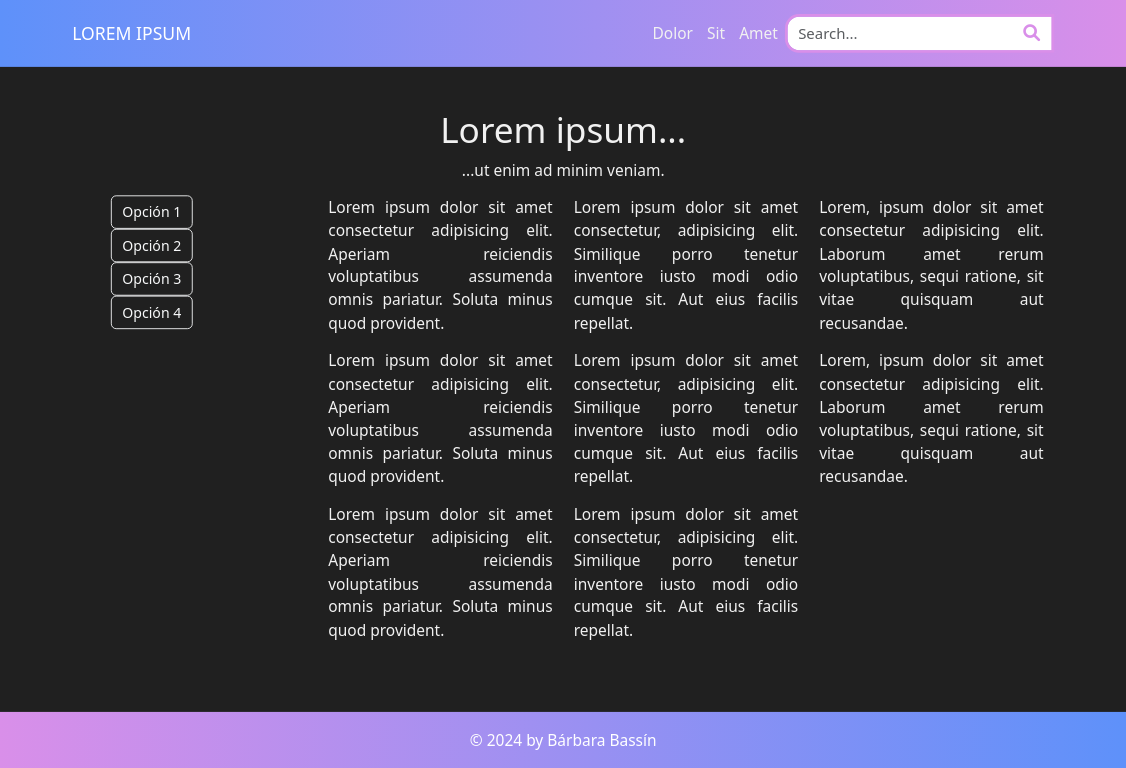
Repository: romancegirl/responsiveness
Page: index.html
The author's editor kept a copy of each file at every save. The page is drawn from the files as they stood at one save, then again after the next save.
The browser window is 1280 px wide. The pictures show the whole page, at 88% of full size.

Above is the page before, as saved 2024-11-19 20:56:09.

### index.html
<!DOCTYPE html>
<html lang="en">

<head>
    <meta charset="UTF-8">
    <meta name="viewport" content="width=device-width, initial-scale=1.0">
    <title>Responsiveness - Bárbara Bassín</title>
    <link href="https://cdn.jsdelivr.net/npm/bootstrap@5.3.0/dist/css/bootstrap.min.css" rel="stylesheet">
    <link rel="stylesheet" href="https://cdnjs.cloudflare.com/ajax/libs/font-awesome/6.0.0-beta3/css/all.min.css">
    <link rel="stylesheet" href="css/header-and-footer.css">
    <link rel="stylesheet" href="css/styles.css">
</head>

<body>
    <!-- Header -->
    <header class="py-2">
        <div class="container d-flex align-items-center" id="profile">
            <h5 class="m-0">LOREM IPSUM</h5>
            <nav class="navbar navbar-expand-lg flex-grow-1">
                <button class="navbar-toggler" type="button" data-bs-toggle="collapse" data-bs-target="#navbarNav"
                    aria-controls="navbarNav" aria-expanded="false" aria-label="Toggle navigation">
                    <i class="fas fa-bars"></i>
                </button>
                <div class="collapse navbar-collapse" id="navbarNav">
                    <ul class="navbar-nav">
                        <li class="nav-item"><a class="nav-link">Dolor</a></li>
                        <li class="nav-item"><a class="nav-link">Sit</a></li>
                        <li class="nav-item"><a class="nav-link">Amet</a></li>
                        <div class="search-container">
                            <form action="/action_page.php">
                                <div class="input-group">
                                    <input type="text" class="form-control" placeholder="Search..." name="search">
                                    <button type="submit" class="btn">
                                        <i class="fa fa-search"></i>
                                    </button>
                                </div>
                            </form>
                        </div>
                    </ul>

                </div>
            </nav>
        </div>
    </header>



    <!-- Main -->
    <main class="container my-5">
        <div>
            <h1>Lorem ipsum...</h1>
            <div id="textCarousel" class="carousel slide" data-bs-ride="carousel" data-bs-interval="2000">
                <div class="carousel-inner">
                    <div class="carousel-item active">
                        <p>...olor sit amet, consectetur adipiscing elit...</p>
                    </div>
                    <div class="carousel-item">
                        <p>...sed do eiusmod tempor incididunt ut labore...</p>
                    </div>
                    <div class="carousel-item">
                        <p>...ut enim ad minim veniam.</p>
                    </div>
                </div>
            </div>
        </div>



        <div class="container">
            <div class="row">
                <div class="col-3">
                    <ul>
                        <li><button type="button" class="btn btn-outline-light">Opción 1</button></li>
                        <li><button type="button" class="btn btn-outline-light">Opción 2</button></li>
                        <li><button type="button" class="btn btn-outline-light">Opción 3</button></li>
                        <li><button type="button" class="btn btn-outline-light">Opción 4</button></li>
                    </ul>
                </div>
                <div class="col-9">
                    <div class="row">
                        <div class="col-6 col-md-4 paragraph">Lorem ipsum dolor sit amet consectetur adipisicing elit.
                            Aperiam
                            reiciendis
                            voluptatibus assumenda omnis pariatur. Soluta minus quod provident.</div>
                        <div class="col-6 col-md-4 paragraph">Lorem ipsum dolor sit amet consectetur, adipisicing elit.
                            Similique porro
                            tenetur inventore iusto modi odio cumque sit. Aut eius facilis repellat.</div>
                        <div class="col-6 col-md-4 paragraph">Lorem, ipsum dolor sit amet consectetur adipisicing elit.
                            Laborum
                            amet rerum
                            voluptatibus, sequi ratione, sit vitae quisquam aut recusandae.</div>
                        <div class="col-6 col-md-4 paragraph">Lorem ipsum dolor sit amet consectetur adipisicing elit.
                            Aperiam
                            reiciendis
                            voluptatibus assumenda omnis pariatur. Soluta minus quod provident.</div>
                        <div class="col-6 col-md-4 paragraph">Lorem ipsum dolor sit amet consectetur, adipisicing elit.
                            Similique porro
                            tenetur inventore iusto modi odio cumque sit. Aut eius facilis repellat.</div>
                        <div class="col-6 col-md-4 paragraph">Lorem, ipsum dolor sit amet consectetur adipisicing elit.
                            Laborum
                            amet rerum
                            voluptatibus, sequi ratione, sit vitae quisquam aut recusandae.</div>
                        <div class="col-6 col-md-4 paragraph">Lorem ipsum dolor sit amet consectetur adipisicing elit.
                            Aperiam
                            reiciendis
                            voluptatibus assumenda omnis pariatur. Soluta minus quod provident.</div>
                        <div class="col-6 col-md-4 paragraph">Lorem ipsum dolor sit amet consectetur, adipisicing elit.
                            Similique porro
                            tenetur inventore iusto modi odio cumque sit. Aut eius facilis repellat.</div>
                    </div>
                </div>

            </div>


        </div>



    </main>

    <!-- Footer -->
    <footer class="bg-dark text-center py-2">
        <div>&copy; 2024 by Bárbara Bassín</div>
    </footer>
    <script src="js/script.js"></script>
    <script src="https://cdn.jsdelivr.net/npm/bootstrap@5.3.0/dist/js/bootstrap.bundle.min.js"></script>
</body>

</html>

### css/header-and-footer.css
header {
    background: linear-gradient(to right, #5E91FA, #d98fe9);
    color: #fff;
    position: relative;
}

main {
    min-height: 70vh;
    padding-bottom: 1rem;
    box-sizing: border-box;
}

a.nav-link {
    color: #f1f1f1;
}

a.nav-link:hover {
    color: #f6c7de;
    transition: color 0.3s, text-shadow 0.3s;
    transform: scale(1.05);
}

.search-container {
    display: flex;
    justify-content: center;
    align-items: center;
    position: relative;
}

.input-group .form-control {
    padding-right: 2.5rem;
    font-size: 17px;
    border: 0.2rem solid #d98fe9;
    border-radius: 1rem;
}

.input-group .btn {
    position: absolute;
    right: 1rem;
        top: 50%;
    transform: translateY(-50%);
    background-color: transparent;
    border: none;
    padding: 0;
    cursor: pointer;
}

.input-group .btn .fa-search {
    color: #d98fe9;
    font-size: 1.2rem;
}



/* navbar-toggle */

.navbar-toggler {
    border-color: #fff;
}

.navbar-toggler .fas {
    color: #fff;
    /* Cambia el color del ícono */
}

.navbar-collapse {
    justify-content: flex-end;
}

.navbar-toggler:hover {
    cursor: pointer;
}

.navbar-toggler:focus {
    outline: none;
    box-shadow: none;
}

@media (max-width: 995px) {

    .navbar-collapse {
        display: none;
        position: absolute;
        top: 134%;
        left: -55px;
        width: 100%;
        z-index: 999;
        flex-direction: column-reverse;
        align-items: center;
    }

    .navbar-collapse.show {
        display: flex;
    }

    .navbar-nav {
        background: linear-gradient(to right, #5e92fae0, #d98fe9dc);
        color: #fff;
        padding: 1.5rem;
        border-radius: 0 0 100px 100px;
        font-weight: bold;
        text-align: center;
    }

    .navbar-nav:hover {
        cursor: pointer;

    }

    a.nav-link:hover {
        color: #f6c7de;
        transition: color 0.3s, text-shadow 0.3s;
        transform: scale(1.05);
    }

    .navbar-nav .nav-item {
        margin: 10px 0;
    }

    .navbar a,
    .navbar input[type=text] {
        float: none;
        display: block;
        text-align: left;
        width: 100%;
        margin: 0;
        padding: 0.5rem;
    }

    .navbar .search-container {
        float: none;
    }

    .navbar a,
    .navbar input[type=text],
    .navbar .search-container button {
        float: none;
        display: block;
        text-align: left;
        width: 100%;
        margin: 0;
        padding: 0.2rem;
    }

    .navbar input[type=text] {
        border-radius: 0.2rem;
        border: 0.2rem solid #b556db98;
    }

}

footer {
    background: linear-gradient(to right, #d98fe9, #5E91FA);
    color: #fff;
    bottom: 0;
    min-height: 4rem;
    display: flex;
    justify-content: center;
    align-items: center;
}

### css/styles.css
body {
    background-color: #202020;
    color: #f1f1f1;
    font-size: 110%;
}

/* Profile and resume */

.profile-photo {
    width: 250px;
    height: 250px;
    border: #a5c3ffcd;
    border-style: double;
    border-width: 5px;
    border-radius: 70px;
    display: flex;
    justify-content: center;
    align-items: center;
    overflow: hidden;
    /* Oculta cualquier parte de la imagen que se desborde */
    float: right;
}

/* titles */

h1 {
    text-align: center;
}

h2,
h3,
h4 {
    background: linear-gradient(#d98fe9, #5E91FA);
    -webkit-background-clip: text;
    background-clip: text;
    -webkit-text-fill-color: transparent;
}

h5 {
    margin: 0;
}

/* General */

#textCarousel {
    width: 40rem;
    margin: auto;
}

p {
    text-align: center;
}

.row {
    text-align: justify;
}

.paragraph {
margin-bottom: 1rem;
}

li {
    list-style: none;
}

/* Responsiveness */

.title-small,
.title-x-small {
    display: none;
}

@media screen and (max-width: 1400px) {

    .title-large,
    .title-x-small {
        display: none;
    }

    .title-small {
        display: block;
    }
}

@media screen and (max-width: 768px) {

    .title-large,
    .title-small {
        display: none;
    }

    .title-x-small {
        display: block;
        text-align: center;

    }

    #textCarousel {
        max-width: 90%; /* Usa un tamaño relativo en lugar de fijo */
    }
}

### js/script.js
document.addEventListener('click', function(event) {
    var navbar = document.querySelector('.navbar-collapse');
    var toggler = document.querySelector('.navbar-toggler');

    // Si el menú está abierto y se hace clic fuera de él, lo cierra
    if (navbar.classList.contains('show') && !navbar.contains(event.target) && !toggler.contains(event.target)) {
        var bsCollapse = new bootstrap.Collapse(navbar, {
            toggle: false
        });
        bsCollapse.hide();
    }
});

// Cerrar el menú automáticamente al hacer clic en cualquier enlace
var navLinks = document.querySelectorAll('.nav-link');
navLinks.forEach(function(link) {
    link.addEventListener('click', function() {
        var navbar = document.querySelector('.navbar-collapse');
        var bsCollapse = new bootstrap.Collapse(navbar, {
            toggle: false
        });
        bsCollapse.hide();
    });
});

After the next save:
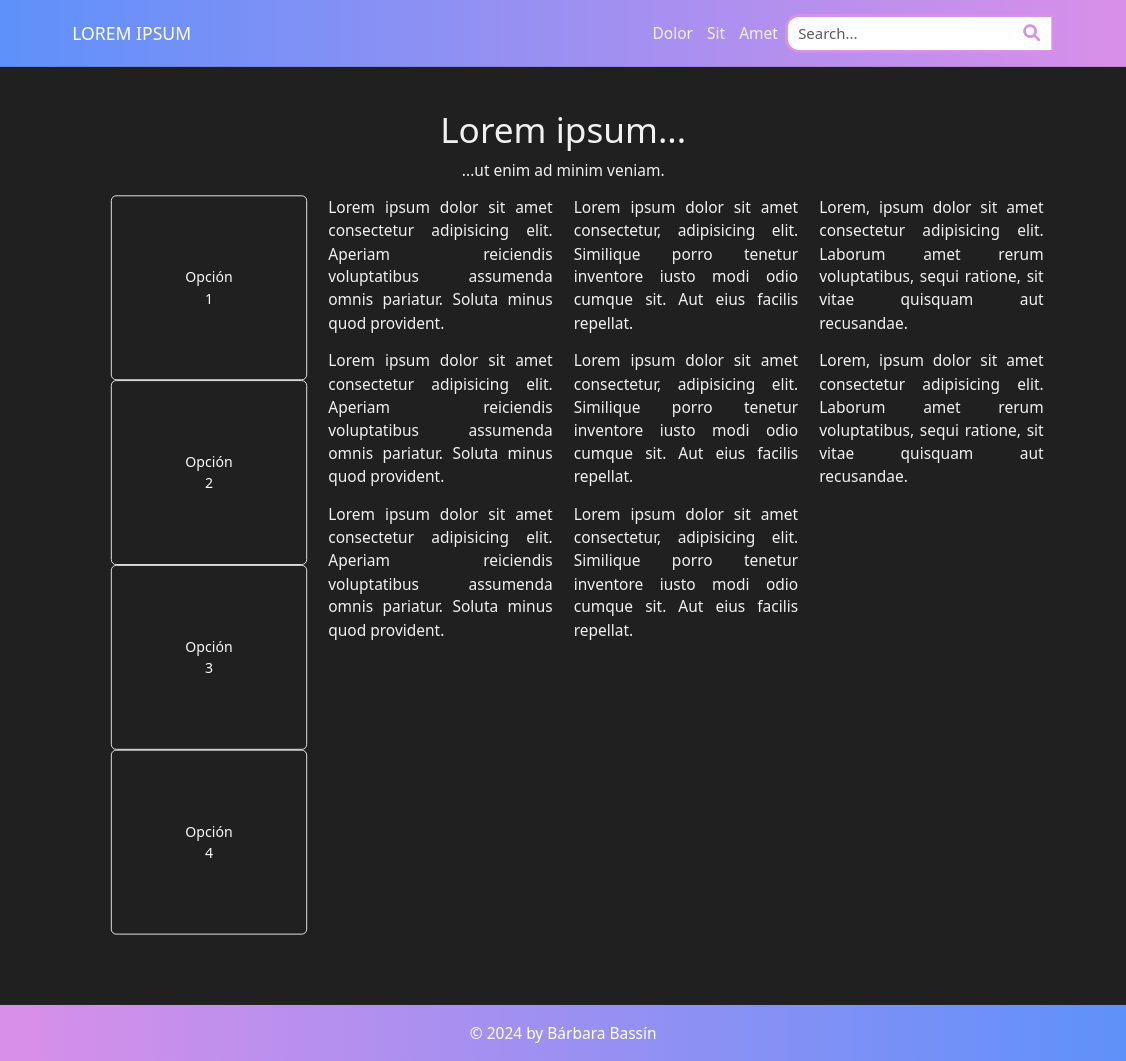
Saved 22 s later.
--- a/css/styles.css
+++ b/css/styles.css
@@ -59,6 +59,10 @@
 margin-bottom: 1rem;
 }
 
+.btn-outline-light {
+    padding: 5rem;
+}
+
 li {
     list-style: none;
 }

After the save that followed:
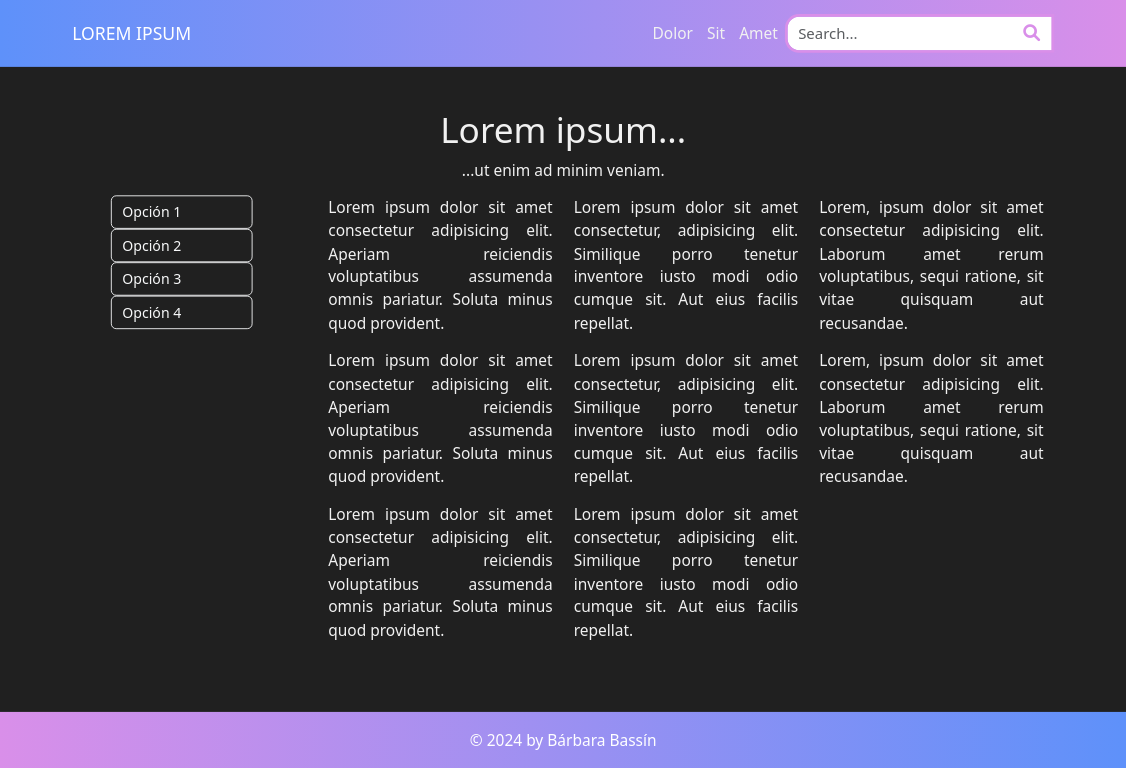
Saved 12 s later.
--- a/css/styles.css
+++ b/css/styles.css
@@ -60,7 +60,7 @@
 }
 
 .btn-outline-light {
-    padding: 5rem;
+    padding-right: 5rem;
 }
 
 li {
